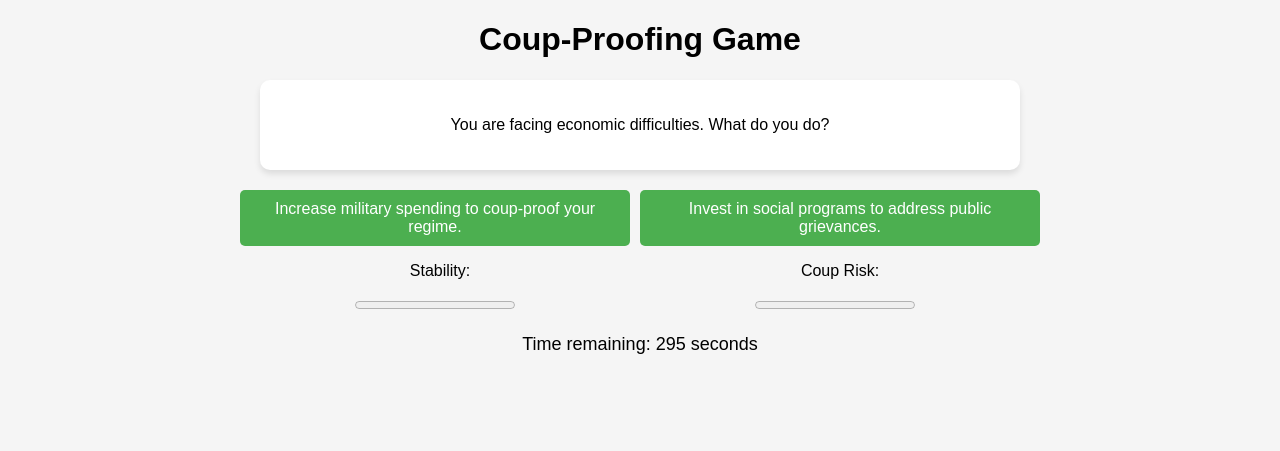
Repository: tyfeeney/Coup-Proofing-Alpha
Page: index.html
These files come from the project's save history. The page is drawn as it stood at one moment and after the next save; the edit follows.
The browser window is 1280 px wide. The pictures show the whole page.

Above is the page before, as saved 2023-04-25 21:49:33.

### index.html
<!DOCTYPE html>
<html lang="en">
<head>
  <meta charset="UTF-8">
  <meta name="viewport" content="width=device-width, initial-scale=1.0">
  <link rel="stylesheet" href="styles.css">
  <title>Coup Proofing  Game</title>
</head>
<body>
  <div class="container">
    <h1>Coup-Proofing Game</h1>
    <div class="card">
      <p class="statement"></p>
    </div>
    <div class="buttons">
      <button id="left-btn">Option 1</button>
      <button id="right-btn">Option 2</button>
    </div>


<div class="progress-container">
  <div>
    <p>Stability:</p>
    <progress id="stability-progress" value="0" max="30"></progress>
    <span id="stability-change" class="change"></span>
  </div>
  <div>
    <p>Coup Risk:</p>
    <progress id="coupRisk-progress" value="0" max="30"></progress>
    <span id="coupRisk-change" class="change"></span>
  </div>
</div>



    <div class="timer">
      Time remaining: <span id="time">300</span> seconds
    </div>
    <div class="ending" hidden>
      <p id="ending"></p>
    </div>
  </div>
  <script src="scripts.js"></script>
</body>
</html>

### styles.css
body {
    font-family: Arial, sans-serif;
    background-color: #f5f5f5;
  }

  .container {
    max-width: 800px;
    margin: 0 auto;
    text-align: center;
  }

  .card {
    background-color: white;
    padding: 20px;
    margin: 20px;
    border-radius: 10px;
    box-shadow: 0 4px 6px rgba(0, 0, 0, 0.1);
  }

  .buttons {
    display: flex;
    justify-content: center;
    gap: 10px;
  }

  button {
    background-color: #4CAF50;
    color: white;
    border: none;
    border-radius: 5px;
    padding: 10px 20px;
    font-size: 16px;
    cursor: pointer;
  }

  .progress-container {
    display: flex;
    justify-content: space-around;
    margin-bottom: 20px;
  }

  button:hover {
    background-color: #45a049;
  }

  .timer, .score {
    font-size: 18px;
    margin-top: 20px;
  }

@keyframes blinkRed {
    0% { background-color: #ff0000; }
    50% { background-color: transparent; }
    100% { background-color: #ff0000; }
  }

  @keyframes blinkGreen {
    0% { background-color: #00ff00; }
    50% { background-color: transparent; }
    100% { background-color: #00ff00; }
  }

  progress.blink-red {
    animation: blinkRed 2.5s 2;
  }

  progress.blink-green {
    animation: blinkGreen 3.5s 2;
  }

  .change {
    font-size: 14px;
    font-weight: bold;
    margin-left: 10px;
  }

  .change.increase {
    color: green;
  }

  .change.decrease {
    color: red;
  }

### scripts.js
const scenarios = [
  {
    question: 'You are facing economic difficulties. What do you do?',
    option1: 'Increase military spending to coup-proof your regime.',
    option2: 'Invest in social programs to address public grievances.',
    effect1: { stability: -1, coupRisk: -1 },
    effect2: { stability: 1, coupRisk: 1 }
  },
  {
    question: 'There is a growing opposition movement. How do you respond?',
    option1: 'Crack down on dissent and arrest opposition leaders.',
    option2: 'Engage in dialogue and address their concerns.',
    effect1: { stability: -1, coupRisk: -1 },
    effect2: { stability: 1, coupRisk: 1 }
  },
  {
    question: 'A neighboring country is experiencing a military coup. What is your course of action?',
    option1: 'Increase surveillance and strengthen internal security forces.',
    option2: 'Offer diplomatic assistance to the neighboring country.',
    effect1: { stability: 0, coupRisk: -1 },
    effect2: { stability: 0, coupRisk: 1 }
  },
  {
    question: 'Corruption is rampant in your administration. How do you address it?',
    option1: 'Purge the government and replace corrupt officials with loyalists.',
    option2: 'Implement anti-corruption measures and strengthen rule of law.',
    effect1: { stability: 0, coupRisk: -1 },
    effect2: { stability: 1, coupRisk: 0 }
  },
  {
    question: 'Your military is demanding higher salaries and better equipment. What do you do?',
    option1: 'Meet their demands to maintain loyalty.',
    option2: 'Deny their demands, fearing they might pose a threat.',
    effect1: { stability: 0, coupRisk: -1 },
    effect2: { stability: -1, coupRisk: 1 }
  },
  {
    question: 'You have discovered a coup plot within your military. What is your reaction?',
    option1: 'Arrest the conspirators and replace them with loyalists.',
    option2: 'Engage in dialogue with the plotters to understand their grievances.',
    effect1: { stability: 1, coupRisk: -2 },
    effect2: { stability: 0, coupRisk: 0 }
  },
  {
    question: 'A terrorist organization is threatening your regime. How do you respond?',
    option1: 'Increase cooperation with the military to address the threat.',
    option2: 'Strengthen internal security forces to counter the threat.',
    effect1: { stability: 1, coupRisk: 1 },
    effect2: { stability: 1, coupRisk: -1 }
  },
  {
    question: 'Protests have erupted in a major city. What is your course of action?',
    option1: 'Deploy the military to suppress the protests.',
    option2: 'Address the protesters’ concerns through negotiation and reforms.',
    effect1: { stability: -1, coupRisk: 0 },
    effect2: { stability: 1, coupRisk: 0 }
  },
  {
    question: 'There is a power struggle within your ruling party. How do you handle it?',
    option1: 'Consolidate power by sidelining rivals and promoting loyalists.',
    option2: 'Encourage dialogue and compromise within the party.',
    effect1: { stability: 0, coupRisk: -1 },
    effect2: { stability: 1, coupRisk: 0 }
  },
  {
    question: 'Your regime is facing international pressure over human rights abuses. What do you do?',
    option1: 'Ignore the pressure and maintain strict control over the population.',
    option2: 'Implement reforms to improve the human rights situation.',
    effect1: { stability: -1, coupRisk: -1 },
    effect2: { stability: 1, coupRisk: 1 }
  },
  {
    question: 'Your intelligence service has uncovered a foreign plot to destabilize your regime. How do you respond?',
    option1: 'Increase internal security measures and target foreign agents.',
    option2: 'Strengthen diplomatic ties with allies to counter the foreign threat.',
    effect1: { stability: 1, coupRisk: -1 },
    effect2: { stability: 1, coupRisk: 0 }
  },
  {
    question: 'There is a risk of a popular uprising inspired by events in other countries. What is your reaction?',
    option1: 'Implement preemptive reforms to address public grievances.',
    option2: 'Strengthen security forces to suppress any potential uprisings.',
    effect1: { stability: 1, coupRisk: 1 },
    effect2: { stability: -1, coupRisk: -1 }
  },
  {
    question: 'Your country is experiencing an economic boom. How do you allocate resources?',
    option1: 'Invest in the military to secure your regime.',
    option2: 'Invest in infrastructure and public services to improve living standards.',
    effect1: { stability: 1, coupRisk: -1 },
    effect2: { stability: 2, coupRisk: 1 }
  },
  {
    question: 'A powerful general is becoming increasingly popular. What do you do?',
    option1: 'Promote the general to a higher position to secure their loyalty.',
    option2: 'Sideline the general to prevent them from becoming a threat.',
    effect1: { stability: 0, coupRisk: -1 },
    effect2: { stability: -1, coupRisk: 1 }
  },
  {
    question: 'Your country is involved in an international conflict. How do you ensure internal stability?',
    option1: 'Rally the population around the conflict and maintain strong military support.',
    option2: 'Focus on diplomatic solutions and address internal issues.',
    effect1: { stability: 1, coupRisk: 0 },
    effect2: { stability: 1, coupRisk: 1 }
  }
];



const scenarioElem = document.querySelector('.statement');
const option1Btn = document.getElementById('left-btn');
const option2Btn = document.getElementById('right-btn');
const timerElem = document.getElementById('time');
const endingElem = document.getElementById('ending');

let currentIndex = 0;
let timeLeft = 300;
let stability = 0;
let coupRisk = 0;

function setScenario(index) {
  if (index >= scenarios.length) {
    showEnding();
    return;
  }
  scenarioElem.textContent = scenarios[index].question;
  option1Btn.textContent = scenarios[index].option1;
  option2Btn.textContent = scenarios[index].option2;
}

function chooseOption(option) {
  const scenario = scenarios[currentIndex];
  const effect = scenario[`effect${option}`];
  stability += effect.stability;
  coupRisk += effect.coupRisk;
  currentIndex++;
  setScenario(currentIndex);
}

function showEnding() {
  scenarioElem.remove();
  option1Btn.remove();
  option2Btn.remove();

  if (stability > 0 && coupRisk <= 0) {
    endingElem.textContent = 'Your country remains stable and avoids a coup.';
  } else if (stability <= 0 && coupRisk <= 0) {
    endingElem.textContent = 'Your country faces economic and political challenges but avoids a coup.';
  } else if (stability > 0 && coupRisk > 0) {
    endingElem.textContent = 'Your country experiences a coup despite relative stability.';
  } else {
    endingElem.textContent = 'Your country collapses due to instability and a coup.';
  }

  endingElem.hidden = false;
}

function updateProgressBars(stabilityChange, coupRiskChange) {
  const stabilityProgress = document.getElementById('stability-progress');
  const coupRiskProgress = document.getElementById('coupRisk-progress');
  stabilityProgress.value = stability + 15;
  coupRiskProgress.value = coupRisk + 15;

  const stabilityChangeElement = document.getElementById('stability-change');
  const coupRiskChangeElement = document.getElementById('coupRisk-change');

  stabilityChangeElement.textContent = stabilityChange > 0 ? `+${stabilityChange}` : stabilityChange;
  stabilityChangeElement.classList.toggle('increase', stabilityChange > 0);
  stabilityChangeElement.classList.toggle('decrease', stabilityChange < 0);

  coupRiskChangeElement.textContent = coupRiskChange > 0 ? `+${coupRiskChange}` : coupRiskChange;
  coupRiskChangeElement.classList.toggle('increase', coupRiskChange > 0);
  coupRiskChangeElement.classList.toggle('decrease', coupRiskChange < 0);

  setTimeout(() => {
    stabilityChangeElement.textContent = '';
    coupRiskChangeElement.textContent = '';
  }, 2000);
}

function chooseOption(option) {
  const scenario = scenarios[currentIndex];
  const effect = scenario[`effect${option}`];
  updateProgressBars(effect.stability, effect.coupRisk);
  stability += effect.stability;
  coupRisk += effect.coupRisk;
  currentIndex++;
  setScenario(currentIndex);
}


// Timer countdown
function startTimer() {
  const interval = setInterval(() => {
    timeLeft--;
    timerElem.textContent = timeLeft;
    if (timeLeft <= 0) {
      clearInterval(interval);
      showEnding();
    }
  }, 1000);
}

function displayEnding() {
  const endingElement = document.getElementById('ending');
  let message;

  if (stability > 0 && coupRisk <= 0) {
    message = 'Congratulations! Your country is stable and coup-proof.';
  } else if (stability <= 0 && coupRisk > 0) {
    message = 'Unfortunately, your country has collapsed due to instability and high coup risk.';
  } else if (stability <= 0 && coupRisk <= 0) {
    message = 'Your country is coup-proof, but it suffers from poor stability.';
  } else {
    message = 'Your country is stable, but it remains at risk of a coup.';
  }

  endingElement.textContent = message;
  endingElement.parentElement.hidden = false;
}

function setScenario(index) {
  if (index >= scenarios.length) {
    // Game over, save the stability and coupRisk values and redirect to the ending page
    localStorage.setItem('stability', stability);
    localStorage.setItem('coupRisk', coupRisk);
    window.location.href = 'ending.html';
    return;
  }
  const scenario = scenarios[index];
  const statementElement = document.querySelector('.statement');
  const leftButton = document.getElementById('left-btn');
  const rightButton = document.getElementById('right-btn');
  statementElement.textContent = scenario.question;
  leftButton.textContent = scenario.option1;
  rightButton.textContent = scenario.option2;
}



// Initialize game
function init() {
  setScenario(currentIndex);
  startTimer();

  option1Btn.addEventListener('click', () => {
    chooseOption(1);
  });

  option2Btn.addEventListener('click', () => {
    chooseOption(2);
  });
}



if (window.location.pathname.includes('ending.html')) {
  const stability = parseInt(localStorage.getItem('stability'), 10);
  const coupRisk = parseInt(localStorage.getItem('coupRisk'), 10);
  const endingElement = document.getElementById('ending');
  let message;

  if (stability > 0 && coupRisk <= 0) {
    message = 'Congratulations! Your country is stable and coup-proof.';
  } else if (stability <= 0 && coupRisk > 0) {
    message = 'Unfortunately, your country has collapsed due to instability and high coup risk.';
  } else if (stability <= 0 && coupRisk <= 0) {
    message = 'Your country is coup-proof, but it suffers from poor stability.';
  } else {
    message = 'Your country is stable, but it remains at risk of a coup.';
  }

  endingElement.textContent = message;
}
init();

After the next save:
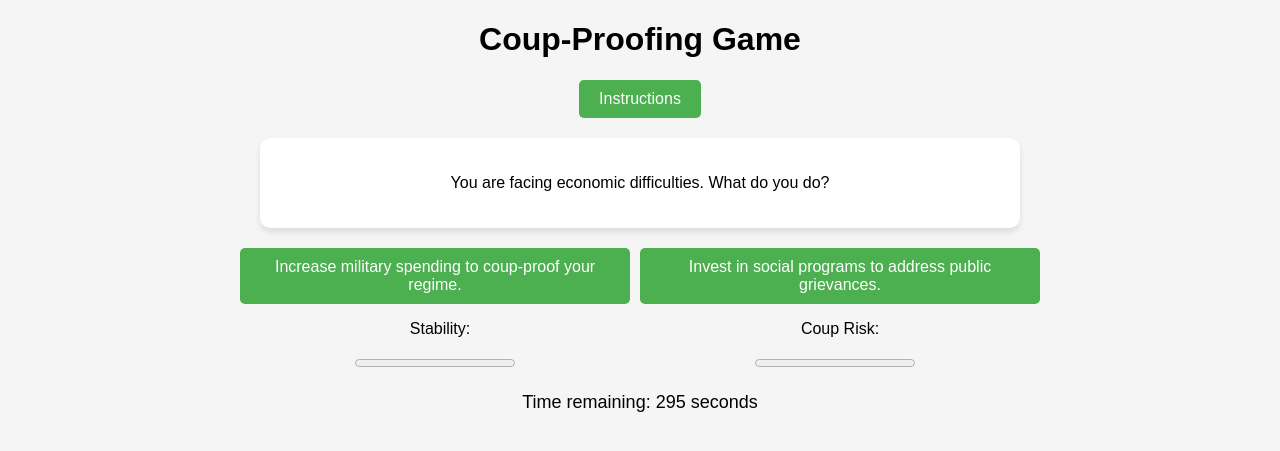
Saved 10 s later.
--- a/index.html
+++ b/index.html
@@ -9,6 +9,7 @@
 <body>
   <div class="container">
     <h1>Coup-Proofing Game</h1>
+    <button onclick="window.location.href='instructions.html'">Instructions</button>
     <div class="card">
       <p class="statement"></p>
     </div>
